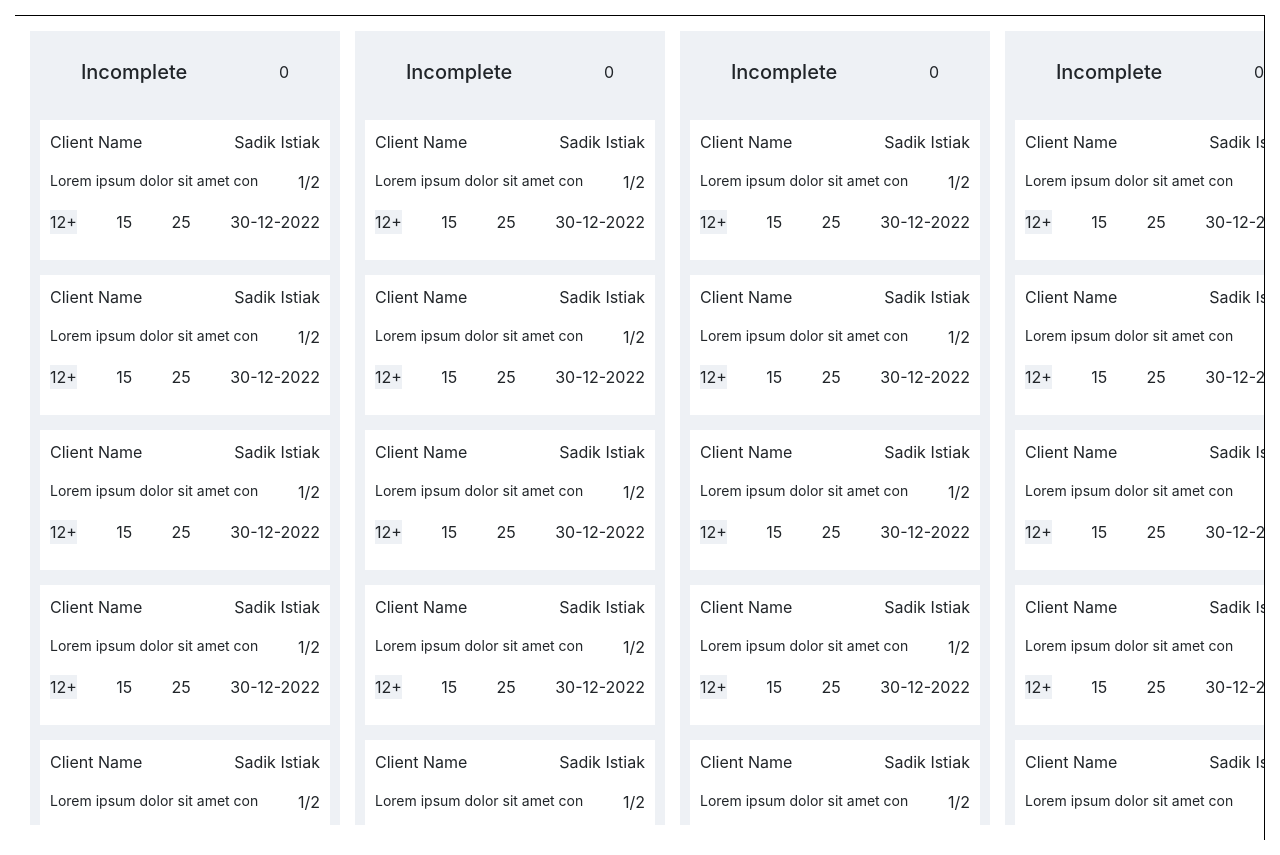
Repository: Sharif-00112/dashboard-task-frontend
Page: /
An editor plug-in stored every save of this project. The page is shown before and after the next save, followed by the edit.
The browser window is 1280 px wide. The pictures show the whole page.
The project was rebuilt for these pictures with package versions that can differ from the ones it lists, and the page was loaded fresh each time.

Above is the page before, as saved 2023-01-29 20:03:23.

### public/index.html
<!DOCTYPE html>
<html lang="en">
  <head>
    <meta charset="utf-8" />
    <link rel="icon" href="%PUBLIC_URL%/favicon.ico" />
    <meta name="viewport" content="width=device-width, initial-scale=1" />
    <meta name="theme-color" content="#000000" />
    <meta
      name="description"
      content="Web site created using create-react-app"
    />
    <!-- <script src="https://kit.fontawesome.com/eb9242a349.js" crossorigin="anonymous"></script>
    <link rel="stylesheet" href="https://kit.fontawesome.com/eb9242a349.css" crossorigin="anonymous"> -->

    <link rel="apple-touch-icon" href="%PUBLIC_URL%/logo192.png" />
    <!--
      manifest.json provides metadata used when your web app is installed on a
      user's mobile device or desktop. See https://developers.google.com/web/fundamentals/web-app-manifest/
    -->
    <link rel="manifest" href="%PUBLIC_URL%/manifest.json" />
    <!--
      Notice the use of %PUBLIC_URL% in the tags above.
      It will be replaced with the URL of the `public` folder during the build.
      Only files inside the `public` folder can be referenced from the HTML.

      Unlike "/favicon.ico" or "favicon.ico", "%PUBLIC_URL%/favicon.ico" will
      work correctly both with client-side routing and a non-root public URL.
      Learn how to configure a non-root public URL by running `npm run build`.
    -->
    <title>React App</title>
  </head>
  <body>
    <noscript>You need to enable JavaScript to run this app.</noscript>
    <div id="root"></div>
    <!--
      This HTML file is a template.
      If you open it directly in the browser, you will see an empty page.

      You can add webfonts, meta tags, or analytics to this file.
      The build step will place the bundled scripts into the <body> tag.

      To begin the development, run `npm start` or `yarn start`.
      To create a production bundle, use `npm run build` or `yarn build`.
    -->
  </body>
</html>

### src/index.js
import React from 'react';
import 'bootstrap/dist/css/bootstrap.css';
import ReactDOM from 'react-dom/client';
import './index.css';
import App from './App';
import reportWebVitals from './reportWebVitals';

const root = ReactDOM.createRoot(document.getElementById('root'));
root.render(
  <React.StrictMode>
    <App />
  </React.StrictMode>
);

// If you want to start measuring performance in your app, pass a function
// to log results (for example: reportWebVitals(console.log))
// or send to an analytics endpoint. Learn more: https://bit.ly/CRA-vitals
reportWebVitals();

### src/App.js
import './App.css';
import Dashboard from './Components/Dashboard';
import './Components/styles.css'

function App() {
  return (
    <div className="App">
      <Dashboard></Dashboard>
    </div>
  );
}

export default App;

### src/Components/Dashboard.js
import React from 'react';
import Incomplete from './Incomplete';

const Dashboard = () => {
    return (
        <div className='dashboard landing'  style={{overflowX:"scroll"}} >
            <Incomplete></Incomplete>
            <Incomplete></Incomplete>
            <Incomplete></Incomplete>
            <Incomplete></Incomplete>
            <Incomplete></Incomplete>
            <Incomplete></Incomplete>
        </div>
    );
};

export default Dashboard;

### src/Components/styles.css
.background{
    background-color: rgb(238, 241, 245);
}

.section-container{
    width: 310px;
    height: 100vh;
}

.task-part{
    display: flex;
    justify-content: space-between;
}

.task-title{
    display: flex;
    justify-content: space-around;
    padding: 5px;
}

.task{
    background-color: white;
    margin: 15px 10px;
    padding: 10px;
}

.dashboard{
    display: grid;
    grid-template-columns: 1fr 1fr 1fr 1fr 1fr 1fr;
    grid-gap: 15px;
}

.landing{
    border-top: 1px solid black;
    border-right: 1px solid black;
    padding: 15px;
    margin: 15px;
    width: auto;
}

### src/Components/Incomplete.js
import React, { useState } from 'react';
import { useEffect } from 'react';
import './styles.css';
import Task from './Task';

const Incomplete = () => {
    const [tasks, setTasks] = useState([]);
    useEffect( ()=> {
        fetch('./tasks.JSON')
        .then(res => res.json())
        .then(data => setTasks(data))
    } ,[])
    return (
        <div className='background pt-4'>
            <div className="task-title">
                <h5>Incomplete</h5>
                <p>0</p>
            </div>
            <div style={{overflowY:"scroll"}} className="section-container">
                <div className="task-container">
                    {
                        tasks.map(task => <Task
                            key={task.taskNo}
                            task={task}
                        ></Task>)
                    }
                </div>
            </div>
        </div>
    );
};

export default Incomplete;

### src/Components/Task.js
import React from 'react';
import './styles.css';

const Task = (props) => {
    const {clientName, clientImg, supervisorName, supervisorImg, taskSummary, progress, staff1Img, staff2Img, modules, message, attachment, date} = props.task;
    return (
        <div className='task'>
            <div className="task-part">
                <p>{clientName}</p>
                <p>{supervisorName}</p>
            </div>
            <div className="task-part">
                <small>{taskSummary.substring(0,30)}</small>
                <p>{progress}</p>
            </div>
            <div className="task-part">
                <p className='background' m-3>{modules}+</p>
                <p>{message}</p>
                <p>{attachment}</p>
                <p>{date}</p>
            </div>
        </div>
    );
};

export default Task;

### public/tasks.JSON
[
  {
    "taskNo": 1,
    "clientName": "Client Name",
    "clientImg": "clientIMG.jpg",
    "supervisorName": "Sadik Istiak",
    "supervisorImg": "supervisorIMG.jpg",
    "taskSummary": "Lorem ipsum dolor sit amet consectetur adipisicing elit. Pariatur velit nemo accusamus. Dolorum, doloribus quisquam unde repellat iusto voluptatum quasi?",
    "progress": "1/2",
    "staff1Img": "staff1.jpg",
    "staff2Img": "staff2.jpg",
    "modules": 12,
    "message": 15,
    "attachment": 25,
    "date": "30-12-2022"
  },
  {
    "taskNo": 2,
    "clientName": "Client Name",
    "clientImg": "clientIMG.jpg",
    "supervisorName": "Sadik Istiak",
    "supervisorImg": "supervisorIMG.jpg",
    "taskSummary": "Lorem ipsum dolor sit amet consectetur adipisicing elit. Pariatur velit nemo accusamus. Dolorum, doloribus quisquam unde repellat iusto voluptatum quasi?",
    "progress": "1/2",
    "staff1Img": "staff1.jpg",
    "staff2Img": "staff2.jpg",
    "modules": 12,
    "message": 15,
    "attachment": 25,
    "date": "30-12-2022"
  },
  {
    "taskNo": 3,
    "clientName": "Client Name",
    "clientImg": "clientIMG.jpg",
    "supervisorName": "Sadik Istiak",
    "supervisorImg": "supervisorIMG.jpg",
    "taskSummary": "Lorem ipsum dolor sit amet consectetur adipisicing elit. Pariatur velit nemo accusamus. Dolorum, doloribus quisquam unde repellat iusto voluptatum quasi?",
    "progress": "1/2",
    "staff1Img": "staff1.jpg",
    "staff2Img": "staff2.jpg",
    "modules": 12,
    "message": 15,
    "attachment": 25,
    "date": "30-12-2022"
  },
  {
    "taskNo": 4,
    "clientName": "Client Name",
    "clientImg": "clientIMG.jpg",
    "supervisorName": "Sadik Istiak",
    "supervisorImg": "supervisorIMG.jpg",
    "taskSummary": "Lorem ipsum dolor sit amet consectetur adipisicing elit. Pariatur velit nemo accusamus. Dolorum, doloribus quisquam unde repellat iusto voluptatum quasi?",
    "progress": "1/2",
    "staff1Img": "staff1.jpg",
    "staff2Img": "staff2.jpg",
    "modules": 12,
    "message": 15,
    "attachment": 25,
    "date": "30-12-2022"
  },
  {
    "taskNo": 5,
    "clientName": "Client Name",
    "clientImg": "clientIMG.jpg",
    "supervisorName": "Sadik Istiak",
    "supervisorImg": "supervisorIMG.jpg",
    "taskSummary": "Lorem ipsum dolor sit amet consectetur adipisicing elit. Pariatur velit nemo accusamus. Dolorum, doloribus quisquam unde repellat iusto voluptatum quasi?",
    "progress": "1/2",
    "staff1Img": "staff1.jpg",
    "staff2Img": "staff2.jpg",
    "modules": 12,
    "message": 15,
    "attachment": 25,
    "date": "30-12-2022"
  },
  {
    "taskNo": 6,
    "clientName": "Client Name",
    "clientImg": "clientIMG.jpg",
    "supervisorName": "Sadik Istiak",
    "supervisorImg": "supervisorIMG.jpg",
    "taskSummary": "Lorem ipsum dolor sit amet consectetur adipisicing elit. Pariatur velit nemo accusamus. Dolorum, doloribus quisquam unde repellat iusto voluptatum quasi?",
    "progress": "1/2",
    "staff1Img": "staff1.jpg",
    "staff2Img": "staff2.jpg",
    "modules": 12,
    "message": 15,
    "attachment": 25,
    "date": "30-12-2022"
  },
  {
    "taskNo": 7,
    "clientName": "Client Name",
    "clientImg": "clientIMG.jpg",
    "supervisorName": "Sadik Istiak",
    "supervisorImg": "supervisorIMG.jpg",
    "taskSummary": "Lorem ipsum dolor sit amet consectetur adipisicing elit. Pariatur velit nemo accusamus. Dolorum, doloribus quisquam unde repellat iusto voluptatum quasi?",
    "progress": "1/2",
    "staff1Img": "staff1.jpg",
    "staff2Img": "staff2.jpg",
    "modules": 12,
    "message": 15,
    "attachment": 25,
    "date": "30-12-2022"
  },
  {
    "taskNo": 8,
    "clientName": "Client Name",
    "clientImg": "clientIMG.jpg",
    "supervisorName": "Sadik Istiak",
    "supervisorImg": "supervisorIMG.jpg",
    "taskSummary": "Lorem ipsum dolor sit amet consectetur adipisicing elit. Pariatur velit nemo accusamus. Dolorum, doloribus quisquam unde repellat iusto voluptatum quasi?",
    "progress": "1/2",
    "staff1Img": "staff1.jpg",
    "staff2Img": "staff2.jpg",
    "modules": 12,
    "message": 15,
    "attachment": 25,
    "date": "30-12-2022"
  },
  {
    "taskNo": 9,
    "clientName": "Client Name",
    "clientImg": "clientIMG.jpg",
    "supervisorName": "Sadik Istiak",
    "supervisorImg": "supervisorIMG.jpg",
    "taskSummary": "Lorem ipsum dolor sit amet consectetur adipisicing elit. Pariatur velit nemo accusamus. Dolorum, doloribus quisquam unde repellat iusto voluptatum quasi?",
    "progress": "1/2",
    "staff1Img": "staff1.jpg",
    "staff2Img": "staff2.jpg",
    "modules": 12,
    "message": 15,
    "attachment": 25,
    "date": "30-12-2022"
  },
  {
    "taskNo": 10,
    "clientName": "Client Name",
    "clientImg": "clientIMG.jpg",
    "supervisorName": "Sadik Istiak",
    "supervisorImg": "supervisorIMG.jpg",
    "taskSummary": "Lorem ipsum dolor sit amet consectetur adipisicing elit. Pariatur velit nemo accusamus. Dolorum, doloribus quisquam unde repellat iusto voluptatum quasi?",
    "progress": "1/2",
    "staff1Img": "staff1.jpg",
    "staff2Img": "staff2.jpg",
    "modules": 12,
    "message": 15,
    "attachment": 25,
    "date": "30-12-2022"
  }
]

Loaded but not shown: src/index.css (common file); src/reportWebVitals.js (common file); src/App.css (common file)

After the next save:
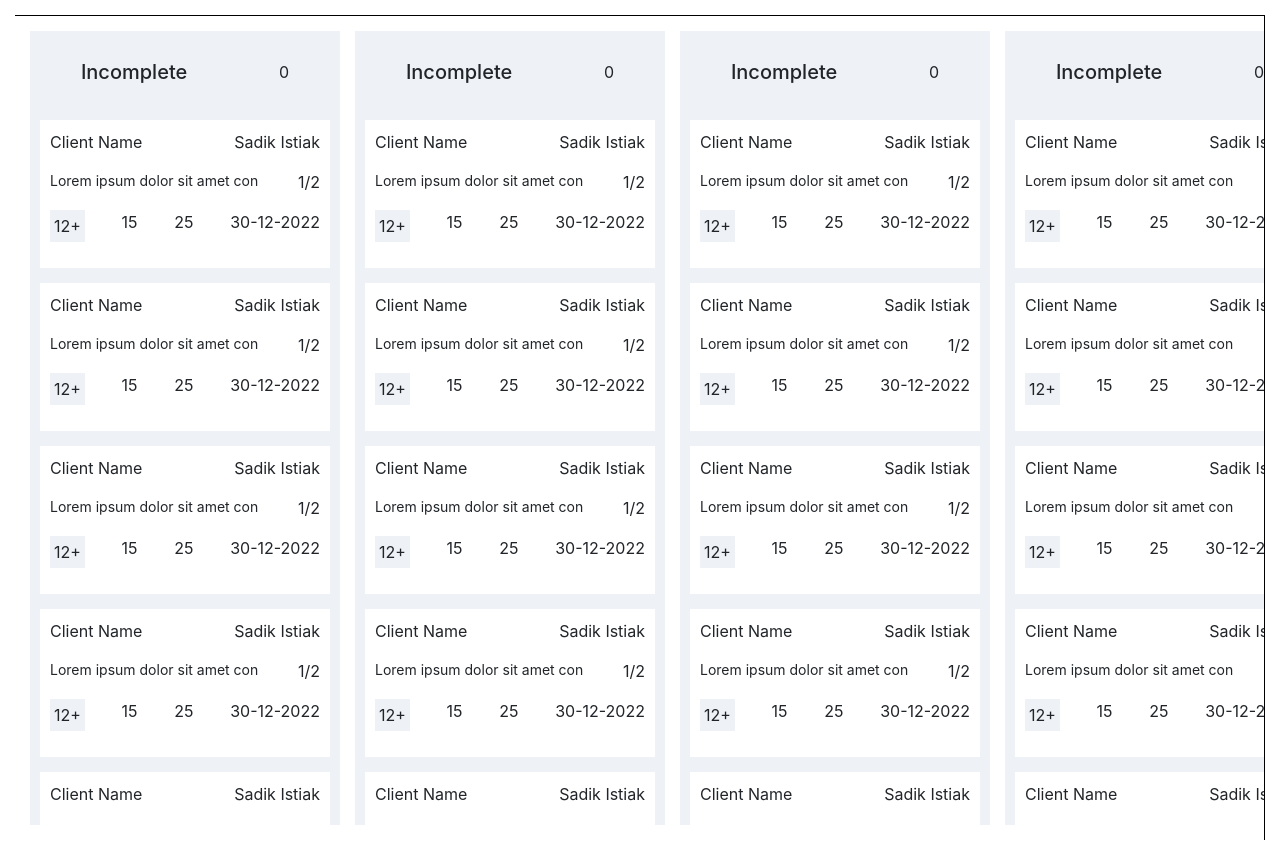
Saved 14 s later.
--- a/src/Components/Task.js
+++ b/src/Components/Task.js
@@ -14,7 +14,7 @@ const Task = (props) => {
                 <p>{progress}</p>
             </div>
             <div className="task-part">
-                <p className='background' m-3>{modules}+</p>
+                <p className='background p-1'>{modules}+</p>
                 <p>{message}</p>
                 <p>{attachment}</p>
                 <p>{date}</p>
